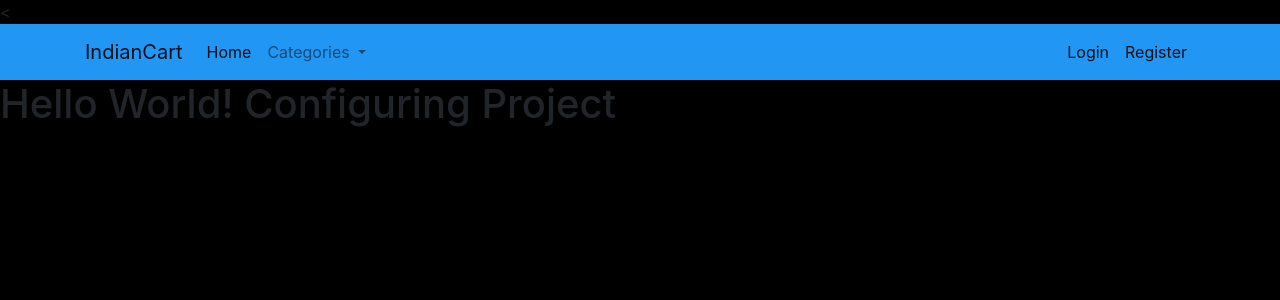
Repository: neerajchavan/E-Commerce-Project
Page: http://localhost/E-Commerce-Project/index.jsp
The author's editor kept a copy of each file at every save. The page is drawn from the files as they stood at one save, then again after the next save.
The browser window is 1280 px wide. The pictures show the whole page.
Some web libraries are served in a nearby version. The page is served by Tomcat 9.

Above is the page before, as saved 2020-10-07 14:48:36.

After the next save:
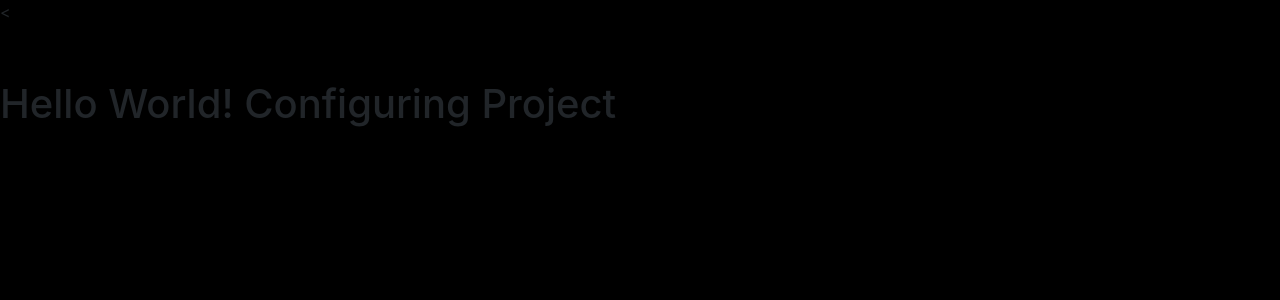
Saved 11 s later.
--- a/E-Commerce-Project/WebContent/Components/navbar.jsp
+++ b/E-Commerce-Project/WebContent/Components/navbar.jsp
@@ -1,4 +1,4 @@
-<nav class="navbar navbar-expand-lg navbar-light custom-bg">
+<nav class="navbar navbar-expand-lg navbar-light">
 <div class="container">
   <a class="navbar-brand" href="#">IndianCart</a>
   <button class="navbar-toggler" type="button" data-toggle="collapse" data-target="#navbarSupportedContent" aria-controls="navbarSupportedContent" aria-expanded="false" aria-label="Toggle navigation">
